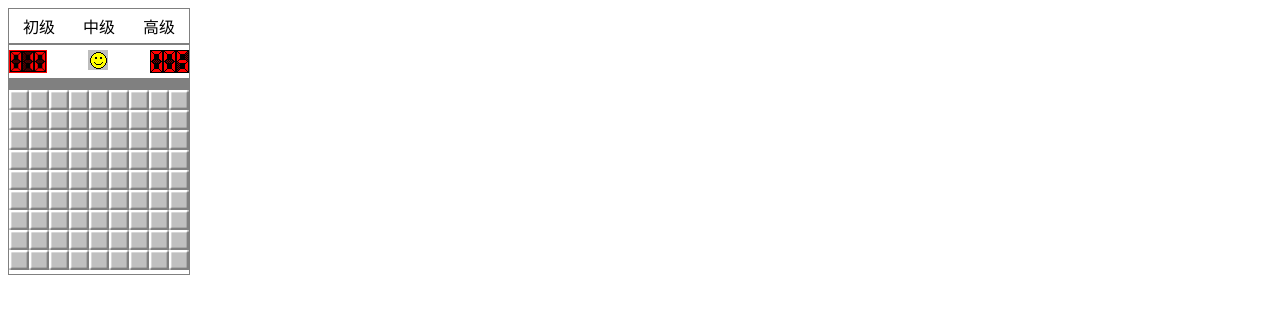
Repository: vLinv/MineSweeper
Page: index.html
An editor plug-in stored every save of this project. The page is shown before and after a run of saves, followed by the edit.
The browser window is 1280 px wide. The pictures show the whole page.

Above is the page before, as saved 2022-02-18 16:41:18.

### index.html
<!DOCTYPE html>
<html lang="en">

<head>
  <meta charset="UTF-8">
  <meta http-equiv="X-UA-Compatible" content="IE=edge">
  <meta name="viewport" content="width=device-width, initial-scale=1.0">
  <title>MineSweeper</title>
</head>

<body>

  <div id="game_wrap" class="game_wrap">
    <div class="level_select">
      <span class="level" onclick="changeLevel('primary')">初级</span>
      <span class="level" onclick="changeLevel('intermediate')">中级</span>
      <span class="level" onclick="changeLevel('advanced')">高级</span>
    </div>
    <div class="header_wrap">
      <canvas id="mineNumCanvas" width="39" height="23" style="border: 1px solid red;"></canvas>
      <div class="face_btn" onclick="restartGame()">
        <img src="./img/face_normal.gif" alt="">
      </div>
      <canvas id="timeCanvas" width="39" height="23"></canvas>
    </div>
    <div class="section_wrap">
      <canvas id="canvas" width="182" height="180"></canvas>
    </div>
  </div>
  <style>
    #game_wrap {
      width: 182px;
    }
    .game_wrap{
      border: 1px solid gray;
    }
    .level_select {
      width: 100%;
      display: flex;
      border-bottom: 2px solid gray;
      padding: 5px 0;
    }

    .level {
      flex: 10;
      text-align: center;
    }

    .header_wrap {
      width: 100%;
      height: 23px;
      display: flex;
      border-bottom: 12px solid gray;
      padding: 5px 0;
    }

    #mineNumCanvas {
      flex: 1;
    }

    .face_btn {
      flex: 10;
      text-align: center;
    }

    #timeCanvas {
      flex: 1;
    }
  </style>
  <script>
    /** @type {HTMLCanvasElement} */
    // 游戏canvas
    const canvasNode = document.getElementById('canvas')
    const ctx = canvasNode.getContext('2d')
    // mineNum与timer Canvas
    const mineNumNode = document.getElementById('mineNumCanvas')
    const timerNode = document.getElementById('timeCanvas')
    const mineNumCtx = mineNumNode.getContext('2d')
    const timerCtx = timerNode.getContext('2d')

    // 存储图片路径（name, url）
    const imgArr = new Map();
    // 存储已加载好的图片 (name, img)
    const imgArrElement = new Map();
    // 资源是否加载完成
    let sourceInit = false;

    let mineSweeper = null;
    let curLevel = 'primary'

    const MAP_LEVEL = {
      'primary': {
        mapSize: [9, 9],
        mineNum: 10
      },
      'intermediate': {
        mapSize: [16, 16],
        mineNum: 40
      },
      'advanced': {
        mapSize: [16, 30],
        mineNum: 99
      }
    }

    function initImage() {
      imgArr.set('ask', './img/ask.gif')
      imgArr.set('blank', './img/blank.gif')
      imgArr.set('blood', './img/blood.gif')
      imgArr.set('flag', './img/flag.gif')
      imgArr.set('mine', './img/mine.gif')
      for (let i = 0; i <= 8; i++) {
        imgArr.set(i, './img/' + i + '.gif')
      }
      for (let i = 0; i <= 9; i++) {
        imgArr.set('num_' + i, './img/num_' + i + '.jpg');
      }
      const loadImage = (url) => {
        return new Promise((reslove) => {
          let img = new Image();
          img.onload = () => reslove(img)
          img.src = url
        })
      }
      const promiseArr = [];
      // 获取所有图片的promise对象并使用promise.all进行加载
      [...imgArr.keys()].forEach(e => {
        promiseArr.push(loadImage(imgArr.get(e)))
      });
      sourceInit = true;
      return Promise.all(promiseArr)
    }

    // 开始游戏
    async function startGame() {
      if (!sourceInit) {
        const res = await initImage()
        const keys = [...imgArr.keys()];
        res.forEach((item, index) => {
          imgArrElement.set(String(keys[index]), item)
        })
      }
      mineSweeper = new MineSweeper(curLevel);
      mineSweeper.initGame();
    }

    class MineSweeper {
      constructor(curLevel) {
        this.level = curLevel
        this.map = [];
        this.mapSizeX = 0;
        this.mapSizeY = 0;
        this.mineNum = 0;
        this.bombList = [];
        this.flagList = [];
        this.problemList = [];
        this.isGameOver = false;
        this.mineNumCanvas = mineNumCtx;
        this.timerCanvas = timerCtx;
        this.timer = null;
        this.time = 0;
      }

      initGame() {
        const {
          mapSize,
          mineNum
        } = MAP_LEVEL[this.level]
        this.mapSizeX = mapSize[0];
        this.mapSizeY = mapSize[1];
        canvasNode.width = this.mapSizeX * 20;
        canvasNode.height = this.mapSizeY * 20;
        const gameWrapNode = document.getElementById('game_wrap');
        gameWrapNode.setAttribute('style', `width: ${this.mapSizeX * 20}px;`);
        console.log(gameWrapNode);
        this.mineNum = mineNum;
        this.buildMap();
        this.buildBomb();
        this.drawMap();
        this.drawGameInfo(this.mineNum, this.mineNumCanvas);
        this.drawGameInfo(this.time, this.timerCanvas)
        this.timer = setInterval(() => {
          this.time += 1;
          this.drawGameInfo(this.time, this.timerCanvas)
          if (this.time >= 999) {
            this.time = 0;
          }
        }, 1000)
      }

      buildMap() {
        for (let i = 0; i < this.mapSizeX; i++) {
          this.map.push(new Array(this.mapSizeY).fill(-1))
        }
      }

      buildBomb() {
        let curBomb = 0;
        while (curBomb < this.mineNum) {
          let xPos = Number.parseInt(Math.random() * this.mapSizeX);
          let yPos = Number.parseInt(Math.random() * this.mapSizeY);
          if (this.bombList.find(item => {
              return xPos === item[0] && yPos === item[1]
            }) === undefined) {
            this.bombList.push([xPos, yPos])
            curBomb++;
          }
        }
      }
      // 绘制
      drawMap() {
        const blankImg = imgArrElement.get('blank')
        const flag = imgArrElement.get('flag')
        for (let i = 0; i < this.mapSizeX; i++) {
          for (let j = 0; j < this.mapSizeY; j++) {
            if (this.map[i][j] === -1) {
              ctx.drawImage(blankImg, 0, 0, blankImg.width, blankImg.height, 20 * i, 20 * j, 20, 20)
            } else if (this.map[i][j] >= 0) {
              const numImg = imgArrElement.get(this.map[i][j] + '')
              ctx.drawImage(numImg, 0, 0, numImg.width, numImg.height, 20 * i, 20 * j, 20, 20)
            }
            if (this.posInflagList(i, j) !== -1) {
              ctx.drawImage(flag, 0, 0, flag.width, flag.height, 20 * i, 20 * j, 20, 20)
            }
          }
        }
      }

      drawAllBomb(xPos, yPos) {
        const blood = imgArrElement.get('blood')
        const mine = imgArrElement.get('mine')
        // 绘制所有地雷
        this.bombList.forEach(e => {
          if (e[0] === xPos && e[1] === yPos) {
            ctx.drawImage(blood, 0, 0, blood.width, blood.height, 20 * e[0], 20 * e[1], 20, 20)
          } else {
            ctx.drawImage(mine, 0, 0, mine.width, mine.height, 20 * e[0], 20 * e[1], 20, 20)
          }
        })
      }


      // 绘制地雷数与计时器
      drawGameInfo(num, ctx) {
        // 将num转换为3位数字
        const tmpArr = new Array(3).fill(0);
        const arr = [...num + '']
        while (arr.length < 3) {
          arr.unshift('0')
        }
        for (let i = 0; i < 3; i++) {
          ctx.drawImage(imgArrElement.get('num_' + arr[i]), i * 13, 0)
        }
      }

      // 获取(xPos, yPos)周围八格位置
      getAroundGrid(xPos, yPos) {
        const pos = [-1, 0, 1];
        const around = [];
        for (let i = 0; i < pos.length; i++) {
          let tmpxPos = xPos + pos[i];
          // 边界
          if (tmpxPos < 0 || tmpxPos >= this.mapSizeX) {
            continue
          }
          for (let j = 0; j < pos.length; j++) {
            let tmpyPos = yPos + pos[j];
            if (tmpyPos < 0 || tmpyPos >= this.mapSizeY || (tmpxPos === xPos && tmpyPos === yPos)) {
              continue
            }
            around.push([tmpxPos, tmpyPos])
          }
        }
        return around;
      }

      // 点击(xPos, yPos)操作
      clickPos(xPos, yPos) {
        // 判断游戏是否结束
        if (this.posInBombList(xPos, yPos)) {
          this.gameOver(xPos, yPos);
          return;
        }
        const queue = []
        queue.push([xPos, yPos]);
        while (queue.length > 0) {
          let tmpNode = queue.shift()
          let tmpxPos = tmpNode[0],
            tmpyPos = tmpNode[1]
          // 该点为雷或已经打开则跳过
          if (this.posInBombList(tmpxPos, tmpyPos) || this.map[tmpxPos][tmpyPos] >= 0) {
            continue;
          }
          const around = this.getAroundGrid(tmpxPos, tmpyPos, this.map.length)
          // around中有几个雷
          let bombNum = 0
          around.forEach(x => {
            this.bombList.forEach(y => {
              if (x[0] === y[0] && x[1] === y[1]) {
                bombNum++;
              }
            })
          })
          this.map[tmpxPos][tmpyPos] = bombNum;
          // 如果周围没有雷，则继续打开周围坐标
          if (bombNum === 0) {
            queue.push(...around)
          }
        }
        this.drawMap()
      }

      // 游戏结束操作
      gameOver(xPos, yPos) {
        this.drawAllBomb(xPos, yPos)
        this.isGameOver = true;
      }

      // (xPos, yPos)是否为雷
      posInBombList(xPos, yPos) {
        // true: 存在
        return this.bombList.find(item => {
          return xPos === item[0] && yPos === item[1]
        }) !== undefined
      }

      // (xPos, yPos)是否被标记
      posInflagList(xPos, yPos) {
        return this.flagList.findIndex(item => {
          return xPos === item[0] && yPos === item[1]
        })
      }

      // 判断游戏是否胜利
      checkGameWin() {
        // 剩余未打开格子都存在于bombList中
        for (let i = 0; i < this.mapSizeX; i++) {
          for (let j = 0; j < this.mapSizeY; j++) {
            let tmpGrid = this.map[i][j]
            if (tmpGrid < 0 && !this.posInBombList(i, j)) {
              return false;
            }
          }
        }
        return true;
      }

      // 标记(xPos, yPos)
      signBomb(xPos, yPos) {
        const pos = this.posInflagList(xPos, yPos)
        if (pos !== -1) {
          this.flagList.splice(pos, 1)
        } else {
          this.flagList.push([xPos, yPos])
        }
        this.drawGameInfo(this.mineNum - this.flagList.length, this.mineNumCanvas)
        this.drawMap()
      }

      closeTimer() {
        clearInterval(this.timer)
      }
    }

    // 监听点击事件
    document.addEventListener('click', e => {
      if (e.target !== canvas || mineSweeper.isGameOver) {
        return;
      }
      mineSweeper.clickPos(Number.parseInt(e.offsetX / 20), Number.parseInt(e.offsetY / 20))
    })

    // 监听右键事件
    document.oncontextmenu = e => {
      if (e.target !== canvas || mineSweeper.isGameOver) {
        return false;
      }
      const xPos = Number.parseInt(Number.parseInt(e.offsetX / 20)),
        yPos = Number.parseInt(Number.parseInt(e.offsetY / 20))
      mineSweeper.signBomb(xPos, yPos)
      return false;
    };

    function restartGame() {
      mineSweeper.closeTimer();
      startGame();
    }


    // 改变等级
    function changeLevel(level) {
      curLevel = level
      restartGame();
    }
    startGame();
  </script>
</body>

</html>

After the next 2 saves:
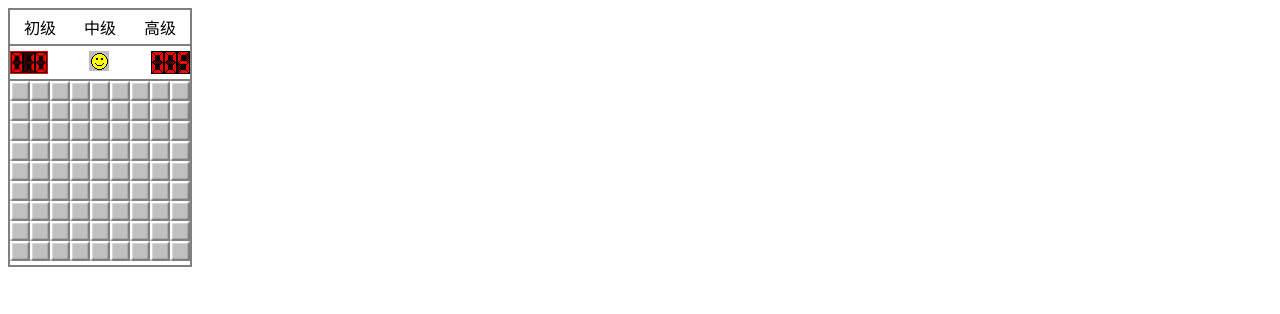
The 2 saves are shown as one change because they came seconds apart.
The last was saved 6 s later.
--- a/index.html
+++ b/index.html
@@ -32,7 +32,7 @@
       width: 182px;
     }
     .game_wrap{
-      border: 1px solid gray;
+      border: 2px solid gray;
     }
     .level_select {
       width: 100%;
@@ -50,7 +50,7 @@
       width: 100%;
       height: 23px;
       display: flex;
-      border-bottom: 12px solid gray;
+      border-bottom: 2px solid gray;
       padding: 5px 0;
     }
 
